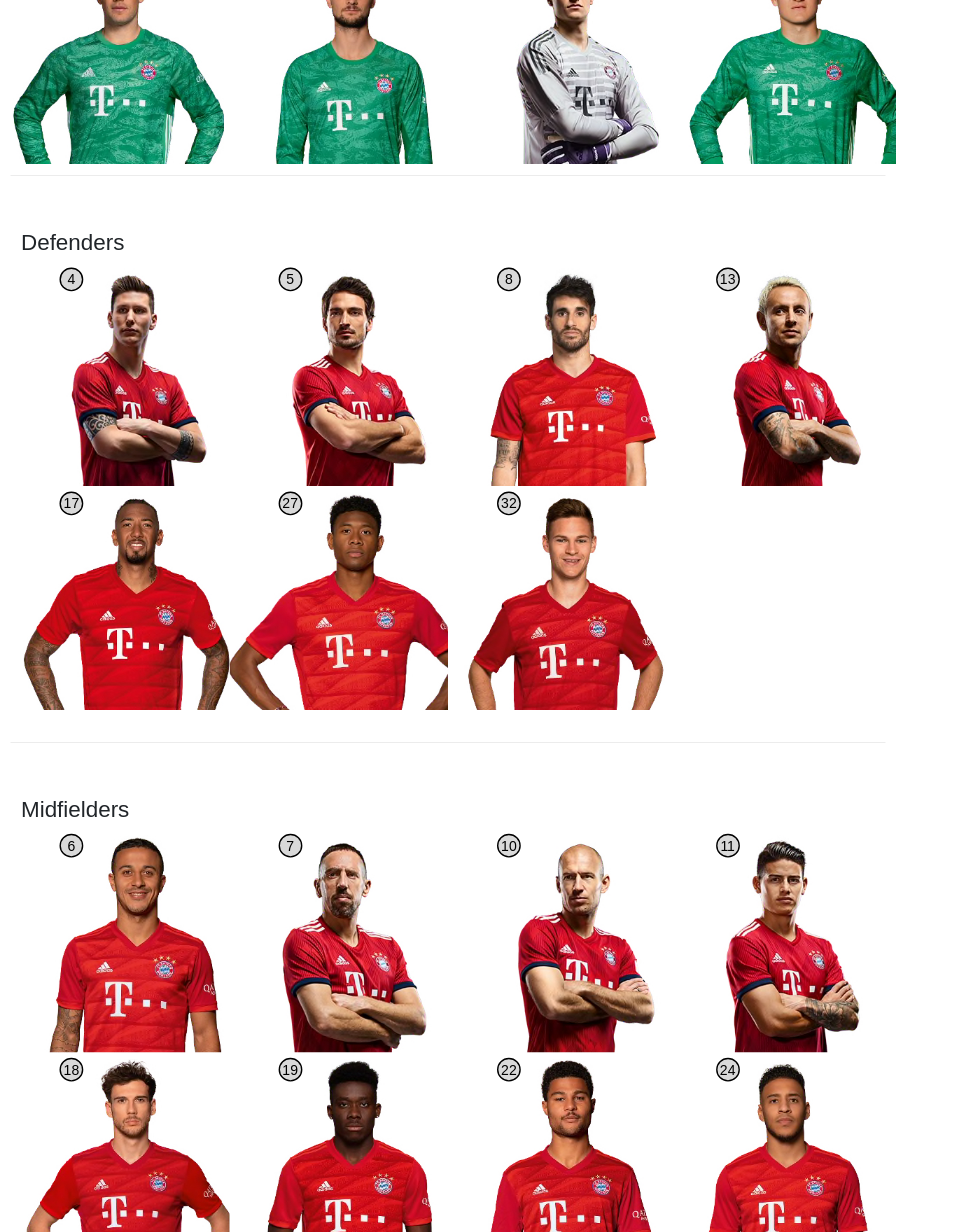
Repository: Code-Institute-Submissions/alnibo-milestone-project-1
Page: team.html
The author's editor kept a record of every edit. The page is drawn from the files as they stood at one moment, then again after the next edit.
The browser window is 1280 px wide. The page is 1366 px wide, so the pictures cover 1366 px, including what lies to the right of the window. The pictures show the part of the page from y = 1043 to 2803 px (the page is 4525 px tall before and 4534 px after), at 70% of full size.
Some web fonts or font styles are not loaded; a fallback is used.

Above is the page before.

### team.html
<!DOCTYPE html>
<html lang="en">

<head>
    <meta charset="UTF-8">
    <meta name="viewport" content="width=device-width, initial-scale=1.0">
    <link rel="stylesheet" href="https://stackpath.bootstrapcdn.com/bootstrap/4.3.1/css/bootstrap.min.css" type="text/css" />
    <link rel="stylesheet" href="https://stackpath.bootstrapcdn.com/font-awesome/4.7.0/css/font-awesome.min.css" type="text/css" />
    <link rel="stylesheet" href="assets/css/style.css">
    <title>FC Bayern</title>
</head>

<body>

    <!---------------------------------------------------- Navbar -->
    <nav class="navbar navbar-expand-sm navbar-dark fixed-top">
        <a class="navbar-brand" href="index.html">
            <img src="https://upload.wikimedia.org/wikipedia/commons/thumb/1/1f/Logo_FC_Bayern_München_%282002–2017%29.svg/1024px-Logo_FC_Bayern_München_%282002–2017%29.svg.png" width="30" height="30" class="d-inline-block" class="d-inline-block align-center">FC Bayern
        </a>
        <button class="navbar-toggler" type="button" data-toggle="collapse" data-target="#navbarNavDropdown" aria-controls="navbarNavDropdown" aria-expanded="false" aria-label="Toggle navigation">
            <span class="navbar-toggler-icon"></span>
        </button>

        <div class="collapse navbar-collapse" id="navbarNavDropdown">
            <ul class="navbar-nav">
                <li class="nav-item active">
                    <a class="nav-link" href="index.html">Home <span class="sr-only">(current)</span></a>
                </li>
                <li class="nav-item">
                    <a class="nav-link" href="about.html">About</a>
                </li>
                <li class="nav-item dropdown">
                    <a class="nav-link dropdown-toggle" href=#" id="navbarDropdownMenuLink" data-toggle="dropdown" aria-haspopup="true" aria-expanded="false">Team
                    </a>
                    <div class="dropdown-menu" aria-labelledby="navbarDropdownMenuLink">
                        <a class="dropdown-item" href="team.html">All</a>
                        <a class="dropdown-item" href="team.html#goalkeepers">Goalkeepers</a>
                        <a class="dropdown-item" href="team.html#defenders">Defenders</a>
                        <a class="dropdown-item" href="team.html#midfielders">Midfielders</a>
                        <a class="dropdown-item" href="team.html#forwards">Forwards</a>
                        <a class="dropdown-item" href="team.html#coaches">Coaches</a>
                    </div>
                </li>
                <li class="nav-item">
                    <a class="nav-link" href="fixtures.html">Fixtures</a>
                </li>
                <li class="nav-item">
                    <a class="nav-link" href="table.html">Table</a>
                </li>
            </ul>
        </div>
    </nav>


    <!---------------------------------------------------- Content -->

    <div class="container-fluid team">
        <div class="row">
            <img class="top-pic" src="assets/images/team.jpg" alt="team picture">
        </div>
        <div class="row selecter-btn">
            <a class="btn btn-sm btn-outline-danger btn--team" href="#goalkeepers">Goalkeepers</a>
            <a class="btn btn-sm btn-outline-danger btn--team" href="#defenders">Defenders</a>
            <a class="btn btn-sm btn-outline-danger btn--team" href="#midfielders">Midfielders</a>
            <a class="btn btn-sm btn-outline-danger btn--team" href="#forwards">Forwards</a>
            <a class="btn btn-sm btn-outline-danger btn--team" href="#coaches">Coaches</a>
        </div>
    </div>

    <div id="goalkeepers" class="container-fluid field-position">
        <h2>Goalkeepers</h2>
        <div class="row">
            <div class="col-12 col-sm-6 col-md-4 col-lg-3 player-pic">
                <img src="assets/images/1manuelneuer.jpg">
                <div class="text-centered1">Manuel Neuer</div>
                <div class="text-centered2">27.03.1986</div>
                <div class="shirt-number">1</div>
            </div>

            <div class="col-12 col-sm-6 col-md-4 col-lg-3 player-pic">
                <img src="assets/images/26svenulreich.jpg">
                <div class="text-centered1">Sven Ulreich</div>
                <div class="text-centered2">03.08.1988</div>
                <div class="shirt-number">26</div>
            </div>

            <div class="col-12 col-sm-6 col-md-4 col-lg-3 player-pic">
                <img src="assets/images/36christianfruechtl.jpg">
                <div class="text-centered1">Christian Früchtl</div>
                <div class="text-centered2">28.01.2000</div>
                <div class="shirt-number">36</div>
            </div>

            <div class="col-12 col-sm-6 col-md-4 col-lg-3 player-pic">
                <img src="assets/images/39ronthorbenhoffmann.jpg">
                <div class="text-centered1">Ron-Thorben Hoffmann</div>
                <div class="text-centered2">04.04.1999</div>
                <div class="shirt-number">39</div>
        </div>
    </div>

    <hr class="block-divider">

    <div id="defenders" class="container-fluid field-position">
        <h2>Defenders</h2>
        <div class="row">
            <div class="col-12 col-sm-6 col-md-4 col-lg-3 player-pic">
                <img src="assets/images/4niklassuele.jpg">
                <div class="text-centered1">Niklas Süle</div>
                <div class="text-centered2">03.09.1995</div>
                <div class="shirt-number">4</div>
            </div>

            <div class="col-12 col-sm-6 col-md-4 col-lg-3 player-pic">
                <img src="assets/images/5matshummels.jpg">
                <div class="text-centered1">Mats Hummels</div>
                <div class="text-centered2">16.12.1988</div>
                <div class="shirt-number">5</div>
            </div>

            <div class="col-12 col-sm-6 col-md-4 col-lg-3 player-pic">
                <img src="assets/images/8javimartinez.jpg">
                <div class="text-centered1">Javi Martínez</div>
                <div class="text-centered2">02.09.1988</div>
                <div class="shirt-number">8</div>
            </div>

            <div class="col-12 col-sm-6 col-md-4 col-lg-3 player-pic">
                <img src="assets/images/13rafinha.jpg">
                <div class="text-centered1">Rafinha</div>
                <div class="text-centered2">07.09.1985</div>
                <div class="shirt-number">13</div>
            </div>

             <div class="col-12 col-sm-6 col-md-4 col-lg-3 player-pic">
                <img src="assets/images/17jeromeboateng.jpg">
                <div class="text-centered1">Jérôme Boateng</div>
                <div class="text-centered2">03.09.1988</div>
                <div class="shirt-number">17</div>
            </div>

            <div class="col-12 col-sm-6 col-md-4 col-lg-3 player-pic">
                <img src="assets/images/27davidalaba.jpg">
                <div class="text-centered1">David Alaba</div>
                <div class="text-centered2">24.06.1992</div>
                <div class="shirt-number">27</div>
            </div>

            <div class="col-12 col-sm-6 col-md-4 col-lg-3 player-pic">
                <img src="assets/images/32joshuakimmich.jpg">
                <div class="text-centered1">Joshua Kimmich</div>
                <div class="text-centered2">08.02.1995</div>
                <div class="shirt-number">32</div>
            </div>
        </div>
    </div>

    <hr class="block-divider">

    <div id="midfielders" class="container-fluid field-position">
        <h2>Midfielders</h2>
        <div class="row">
            <div class="col-12 col-sm-6 col-md-4 col-lg-3 player-pic">
                <img src="assets/images/6thiago.jpg">
                <div class="text-centered1">Thiago</div>
                <div class="text-centered2">11.04.1991</div>
                <div class="shirt-number">6</div>
            </div>

            <div class="col-12 col-sm-6 col-md-4 col-lg-3 player-pic">
                <img src="assets/images/7franckribery.jpg">
                <div class="text-centered1">Franck Ribéry</div>
                <div class="text-centered2">07.04.1983</div>
                <div class="shirt-number">7</div>
            </div>

            <div class="col-12 col-sm-6 col-md-4 col-lg-3 player-pic">
                <img src="assets/images/10arjenrobben.jpg">
                <div class="text-centered1">Arjen Robben</div>
                <div class="text-centered2">23.01.1984</div>
                <div class="shirt-number">10</div>
            </div>

            <div class="col-12 col-sm-6 col-md-4 col-lg-3 player-pic">
                <img src="assets/images/11jamesrodriguez.jpg">
                <div class="text-centered1">James Rodríguez</div>
                <div class="text-centered2">12.07.1991</div>
                <div class="shirt-number">11</div>
            </div>

            <div class="col-12 col-sm-6 col-md-4 col-lg-3 player-pic">
                <img src="assets/images/18leongoretzka.jpg">
                <div class="text-centered1">Leon Goretzka</div>
                <div class="text-centered2">06.02.1995</div>
                <div class="shirt-number">18</div>
            </div>

            <div class="col-12 col-sm-6 col-md-4 col-lg-3 player-pic">
                <img src="assets/images/19alphonsodavies.jpg">
                <div class="text-centered1">Alphonso Davies</div>
                <div class="text-centered2">02.11.2000</div>
                <div class="shirt-number">19</div>
            </div>

            <div class="col-12 col-sm-6 col-md-4 col-lg-3 player-pic">
                <img src="assets/images/22sergegnabry.jpg">
                <div class="text-centered1">Serge Gnabry</div>
                <div class="text-centered2">14.07.1995</div>
                <div class="shirt-number">22</div>
            </div>

            <div class="col-12 col-sm-6 col-md-4 col-lg-3 player-pic">
                <img src="assets/images/24corentintolisso.jpg">
                <div class="text-centered1">Corentin Tolisso</div>
                <div class="text-centered2">03.08.1994</div>
                <div class="shirt-number">24</div>
            </div>

            <div class="col-12 col-sm-6 col-md-4 col-lg-3 player-pic">
                <img src="assets/images/29kingsleycoman.jpg">
                <div class="text-centered1">Kingsley Coman</div>
                <div class="text-centered2">13.06.1996</div>
                <div class="shirt-number">29</div>
            </div>

            <div class="col-12 col-sm-6 col-md-4 col-lg-3 player-pic">
                <img src="assets/images/35renatosanches.jpg">
                <div class="text-centered1">Renato Sanches</div>
                <div class="text-centered2">18.08.1997</div>
                <div class="shirt-number">35</div>
            </div>
        </div>
    </div>

    <hr class="block-divider">

    <div id="forwards" class="container-fluid field-position">
        <h2>Forwards</h2>
        <div class="row">
            <div class="col-12 col-sm-6 col-md-4 col-lg-3 player-pic">
                <img src="assets/images/9robertlewandowski.jpg">
                <div class="text-centered1">Robert Lewandowski</div>
                <div class="text-centered2">21.08.1988</div>
                <div class="shirt-number">9</div>
            </div>

            <div class="col-12 col-sm-6 col-md-4 col-lg-3 player-pic">
                <img src="assets/images/25thomasmueller.jpg">
                <div class="text-centered1">Thomas Müller</div>
                <div class="text-centered2">13.09.1989</div>
                <div class="shirt-number">25</div>
            </div>
        </div>
    </div>

    <hr class="block-divider">

    <div id="coaches" class="container-fluid field-position">
        <h2>Coaches</h2>
        <div class="row">
            <div class="col-12 col-sm-6 col-md-4 col-lg-3 player-pic">
                <img src="assets/images/nikokovac.jpg">
                <div class="text-centered1">Niko Kovac</div>
                <div class="text-centered2">Head coach</div>
                <div class="shirt-number">NK</div>
            </div>

            <div class="col-12 col-sm-6 col-md-4 col-lg-3 player-pic">
                <img src="assets/images/robertkovac.jpg">
                <div class="text-centered1">Robert Kovac</div>
                <div class="text-centered2">Assistant coach</div>
                <div class="shirt-number">RK</div>
            </div>

            <div class="col-12 col-sm-6 col-md-4 col-lg-3 player-pic">
                <img src="assets/images/peterhermann.jpg">
                <div class="text-centered1">Peter Hermann</div>
                <div class="text-centered2">Assistant coach</div>
                <div class="shirt-number">PH</div>
            </div>

            <div class="col-12 col-sm-6 col-md-4 col-lg-3 player-pic">
                <img src="assets/images/tonitapalovic.jpg">
                <div class="text-centered1">Toni Tapalovic</div>
                <div class="text-centered2">Goalkeeping coach</div>
                <div class="shirt-number">TT</div>
            </div>
        </div>
    </div>
    <div class="container-fluid spaceholder">

    </div>

    <!---------------------------------------------------- Footer -->

    <footer class="container-fluid">
        <div class="footer-details row">
            <div class="col-sm-12">
                <h5 class="social">Follow FC Bayern!</h5>
                <ul class="list-inline social-links">
                    <li class="list-inline-item">
                        <a target="_blank" href="https://www.facebook.com/fcbayern.en/">
                            <i class="fa fa-facebook" aria-hidden="true"></i>
                            <span class="sr-only">Facebook</span>
                        </a>
                    </li>
                    <li class="list-inline-item">
                        <a target="_blank" href="https://www.instagram.com/fcbayern/?hl">
                            <i class="fa fa-instagram" aria-hidden="true"></i>
                            <span class="sr-only">Instagram</span>
                        </a>
                    </li>
                    <li class="list-inline-item">
                        <a target="_blank" href="https://www.youtube.com/user/fcbayern">
                            <i class="fa fa-youtube" aria-hidden="true"></i>
                            <span class="sr-only">YouTube</span>
                        </a>
                    </li>
                    <li class="list-inline-item">
                        <a target="_blank" href="https://twitter.com/FCBayern">
                            <i class="fa fa-twitter" aria-hidden="true"></i>
                            <span class="sr-only">Twitter</span>
                        </a>
                    </li>
                </ul>
            </div>
        </div>
    </footer>

    <script src="https://code.jquery.com/jquery-3.3.1.slim.min.js" integrity="sha384-q8i/X+965DzO0rT7abK41JStQIAqVgRVzpbzo5smXKp4YfRvH+8abtTE1Pi6jizo" crossorigin="anonymous"></script>
    <script src="https://stackpath.bootstrapcdn.com/bootstrap/4.1.3/js/bootstrap.min.js" integrity="sha384-ChfqqxuZUCnJSK3+MXmPNIyE6ZbWh2IMqE241rYiqJxyMiZ6OW/JmZQ5stwEULTy" crossorigin="anonymous"></script>
</body>

</html>

Loaded but not shown: assets/css/style.css (496 lines, source omitted)

After the next edit:
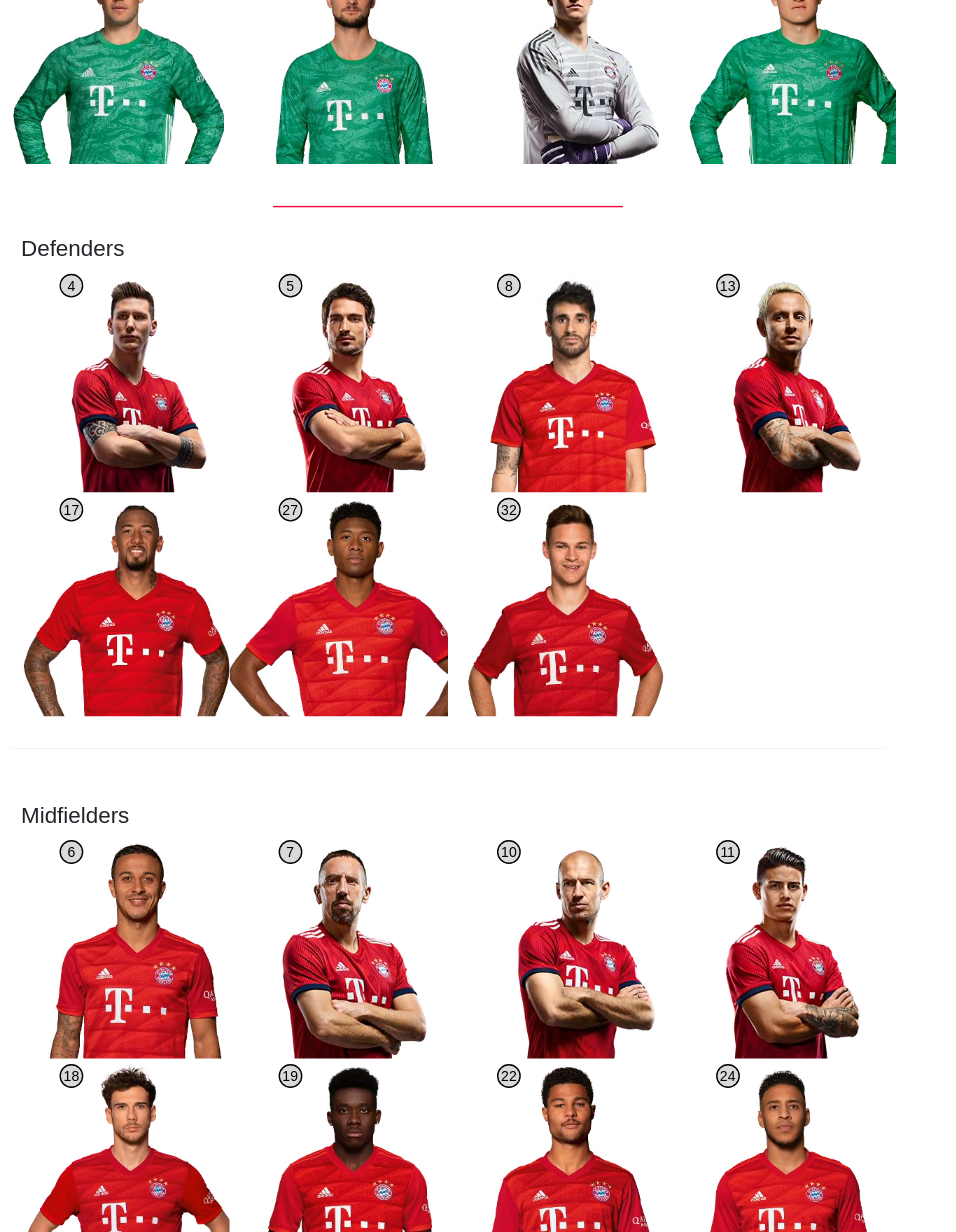
The edit:
--- a/team.html
+++ b/team.html
@@ -99,7 +99,7 @@
         </div>
     </div>
 
-    <hr class="block-divider">
+    <hr class="block-divider-team">
 
     <div id="defenders" class="container-fluid field-position">
         <h2>Defenders</h2>
